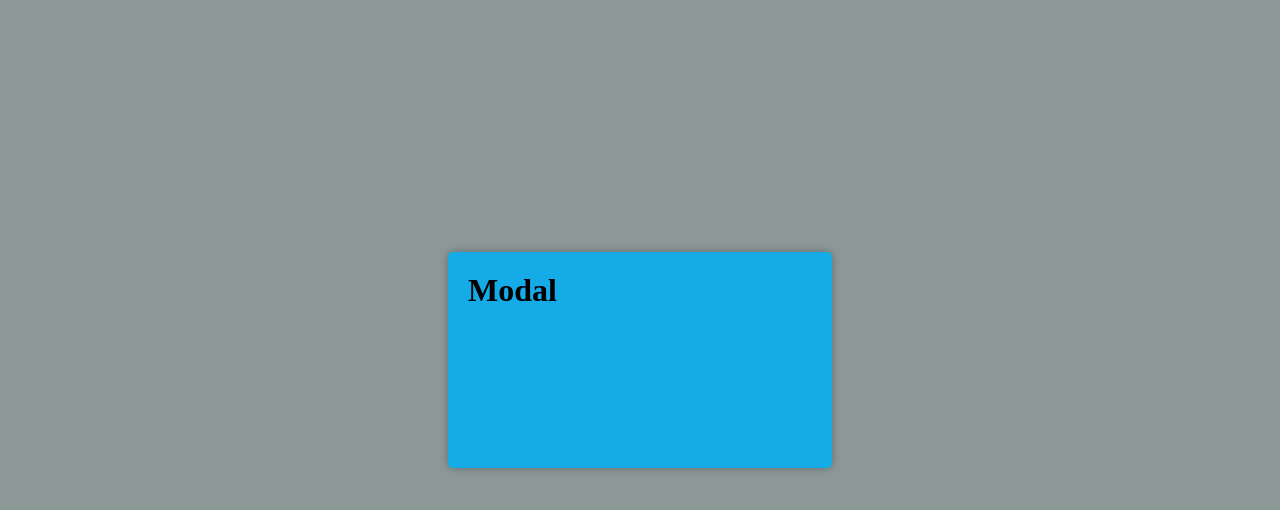
Repository: Soab42/portfolio
Page: /modal
The author's editor kept a copy of each file at every save. The page is drawn from the files as they stood at one save, then again after the next save.
The browser window is 1280 px wide. The pictures show the whole page.
The project was rebuilt for these pictures with package versions that can differ from the ones it lists, and the page was loaded fresh each time. The framework's server and built-in components were replaced by stand-ins that run in the browser. Also part of the build but not shown: next.config.js.

Above is the page before, as saved 2023-10-09 15:26:09.

After the next save:
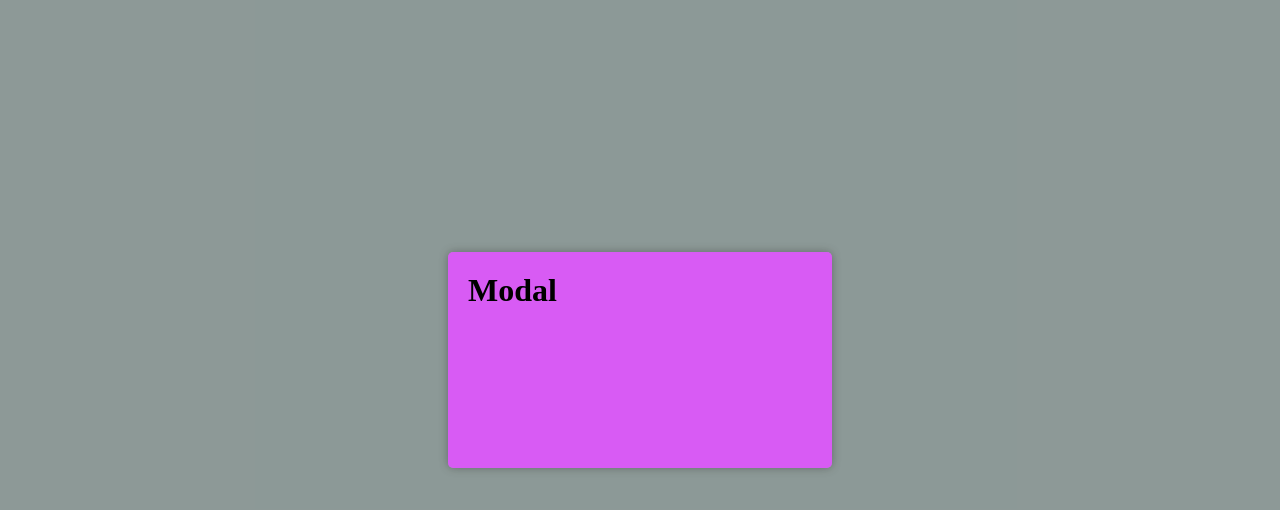
Saved 9 s later.
--- a/app/globals.css
+++ b/app/globals.css
@@ -126,7 +126,7 @@ a {
   min-width: 30%;
   min-height: 30%;
   transform: translate(-50%, -50%);
-  background-color: #14abe7fe;
+  background-color: #d85bf4fe;
   padding: 20px;
   border-radius: 5px;
   box-shadow: 0px 0px 10px rgba(0, 0, 0, 0.3);
